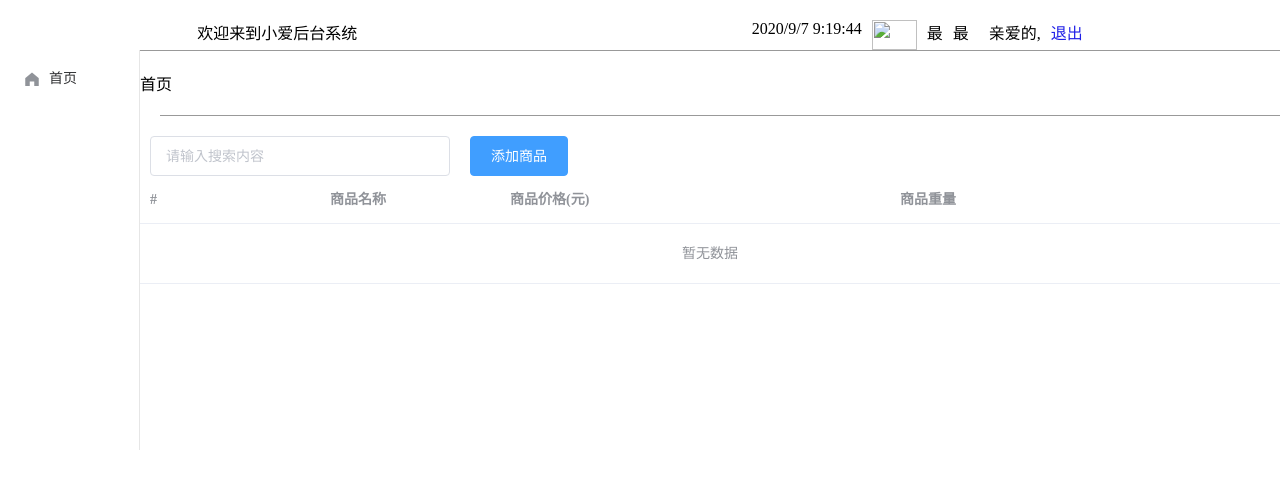
Repository: wujingwenwu/system
Page: /goods/goods
The author's editor kept a copy of each file at every save. The page is drawn from the files as they stood at one save, then again after the next save.
The browser window is 1280 px wide. The pictures show the whole page.
The page's requests for data from a server got no answer. The project was rebuilt for these pictures with package versions that can differ from the ones it lists, and the page was loaded fresh each time. No one was signed in, and anything a server would have sent is missing. Also part of the build but not shown: vue.config.js, src/views/Home.vue.

Above is the page before, as saved 2020-09-07 11:27:22.

### public/index.html
<!DOCTYPE html>
<html lang="en">
  <head>
    <meta charset="utf-8">
    <meta http-equiv="X-UA-Compatible" content="IE=edge">
    <meta name="viewport" content="width=device-width,initial-scale=1.0">
    <link rel="icon" href="<%= BASE_URL %>favicon.ico">
    <title><%= htmlWebpackPlugin.options.title %></title>
  </head>
  <body>
    <noscript>
      <strong>We're sorry but <%= htmlWebpackPlugin.options.title %> doesn't work properly without JavaScript enabled. Please enable it to continue.</strong>
    </noscript>
    <div id="app"></div>
    <!-- built files will be auto injected -->
    <!--[if lte IE 9]>
    <div style='position:absolute; top: 50%; left:50%; margin-top: -50px;margin-left: -400px; align-items: center;justify-content: center;'>
      <div style='width: 800px; height: 100px;text-align: center'>
        <h1>
        您的浏览器版本过低 请下载最新的谷歌浏览器
      </h1>
      <div style='text-align: center;width: 800px'>
        <a href='https://www.chromestatus.com/feature/5636954674692096'>下载谷歌浏览器点此链接</a>
      </div>
      </div>
    </div>
  <![endif]-->
  </body>
</html>

### src/main.js
import Vue from "vue";
import App from "./App.vue";
import router from "./router";
import store from "./store";
import './bus'
import axios from 'axios';
import ElementUI from 'element-ui'
import 'element-ui/lib/theme-chalk/index.css'
import  echarts from 'echarts';
Vue.config.productionTip = false;
Vue.prototype.$axios = axios;
Vue.use(ElementUI)
Vue.prototype.$echarts = echarts;
new Vue({
  router,
  store,
  render: h => h(App)
}).$mount("#app");

### src/App.vue
<template>
  <div id="app">
    <router-view />
  </div>
</template>

<style lang="scss">
@import "../src/style/demo";
* {
  margin: 0;
  padding: 0;
}
</style>

### src/router/index.js
import Vue from "vue";
import VueRouter from "vue-router";
import Home from "../views/Home.vue";
import Public from '../views/publics/Public'
Vue.use(VueRouter);

const routes = [
  {
    path: '/Home',
    redirect: '/'
  },
  {
    path: "/about",
    name: "About",
    // route level code-splitting
    // this generates a separate chunk (about.[hash].js) for this route
    // which is lazy-loaded when the route is visited.
    component: () =>
      import(/* webpackChunkName: "about" */ "../views/About.vue")
  },
  {
    path: "/login",
    name: "Login",
    component: () =>
      import("../views/login/Login"),

  },
  {
    path: "/",
    name: "首页",
    component: Public,
    children: [
      {
        path: "",
        name: "Home",
        component: Home,
        meta: {
          title: "首页",
          icon: 'el-icon-s-home'
        },
      }
    ]
  },
  {
    path: "/users",
    name: "Public",
    component: Public,
    meta: {
      title: "用户管理",
      icon: 'el-icon-user-solid',
    },
    children: [
      {
        path: "users",
        name: "Users",
        component: () => import("../views/users/Users"),
        meta: {
          title: "用户列表",
          icon: 'el-icon-folder-opened',
          path: "/users/users"
        },
      }

    ]
  },
  {
    path: "/rights",
    name: "Public",
    component: Public,
    meta: {
      title: "权限管理",
      icon: 'el-icon-folder'
    },
    children: [
      {
        path: "roles",
        name: "Roles",
        component: () => import("../views/roles/Roles"),
        meta: {
          title: "角色列表",
          icon: 'el-icon-setting',
          path: '/rights/roles'
        },
      },
      {
        path: "rights",
        name: "Roles",
        component: () => import("../views/rights/Rights"),
        meta: {
          title: "权限列表",
          icon: 'el-icon-c-scale-to-original',
          path: '/rights/rights'
        },
      },
    ]
  },
  {
    path: "/goods",
    name: "Public",
    component: Public,
    meta: {
      title: "商品管理",
      icon: 'el-icon-shopping-bag-2'
    },
    children: [
      {
        path: "goods",
        name: "Goods",
        component: () => import("../views/goods/Goods"),
        meta: {
          title: "商品列表",
          icon: 'el-icon-bangzhu',
          path: '/goods/goods'
        },
      },
      {
        path: "params",
        name: "Params",
        component: () => import("../views/params/Params"),
        meta: {
          title: "分类参数",
          icon: 'el-icon-bell',
          path: '/goods/params'
        },
      },
      {
        path: "categories",
        name: "Categories",
        component: () => import("../views/categories/Categories"),
        meta: {
          title: "商品分类",
          icon: 'el-icon-date',
          path: '/goods/categories'
        },
      },
    ]
  },
  {
    path: "/orders",
    name: "Public",
    component: Public,
    meta: {
      title: "订单管理",
      icon: 'el-icon-s-order'
    },
    children: [
      {
        path: "orders",
        name: "Orders",
        component: () => import("../views/orders/Orders"),
        meta: {
          title: "订单列表",
          icon: 'el-icon-folder-add',
          path: '/orders/orders'
        },
      }

    ]
  },
  {
    path: "/reports",
    name: "Public",
    component: Public,
    meta: {
      title: "数据统计",
      icon: 'el-icon-message'
    },
    children: [
      {
        path: "reports",
        name: "Reports",
        component: () => import("../views/reports/Reports"),
        meta: {
          title: "数据报表",
          icon: 'el-icon-position',
          path: '/reports/reports'
        },
      }

    ]
  },
];

const router = new VueRouter({
  mode: "history",
  base: process.env.BASE_URL,
  routes
});

export default router;

### src/store/index.js
import Vue from "vue";
import Vuex from "vuex";
import login from './login/login';
import publics from './publics/publics';
import report from './report/report';
import management  from './management/management';
import jurisdiction from './jurisdiction/jurisdiction';
import goodser from './goodser/goodser'
Vue.use(Vuex);

export default new Vuex.Store({
  state: {},
  mutations: {},
  actions: {},
  modules: {
    login,
    publics,
    report,
    management,
    jurisdiction,
    goodser
  }
});

### src/bus/index.js
import Vue from 'vue'
const bus = new Vue()
Vue.prototype.$bus = bus

### src/style/demo.scss
.d-f{
    display: flex;
    /* 弹性盒模型 */
}
.f-s-12{
    font-size: 12px;
    /* 字体大小为12px */
}
.f-s-14{
    font-size: 14px;
    /* 字体大小为14px */
}
.f-s-16{
    font-size: 16px;
    /* 字体大小为16px */
}
.f-w{
    font-weight: 700;
    /*字体 加粗 */
}
.f-c-ho{
    color: #f00;
    /* 红色 */
}
.f-c-hu{
    color: #ccc;
    /* 灰色 */
}
.f-c-b{
    color: #ffffff;
    /* 白色 */
}
.f-c-he{
    color: #000;
    /* 黑色 */
}
.t-a-l{
    text-align: left;
    /* 文本左对齐 */
}
.t-a-c{
    text-align: center;
    /* 文本居中 */
}
.t-a-r{
    text-align: right;
    /* 文本右对齐 */
}
.t-d-u{
    text-decoration: underline;
    /* 装饰在文本底部 */
}
.t-d-o{
    text-decoration: overline;
    /* 装饰在顶部 */
}
.t-d-l-t{
    text-decoration: line-through;
    /* 装饰在文本中间 */
}
.d-i{
    display: inline;
    /* 块级元素装换成行内元素 */
}
.d-i-b{
    display: inline-block;
    /* 块级元素装换成行内块元素 */
}
.d-b{
    display: block;
    /* 行内和行内块元素装换成块级元素 */
}
.d-n{
    display: none;
    /* 隐藏元素 */
}
.p-r{
    position: relative;
    /* 相对定位 */
}
.p-a{
    position: absolute;
    /* 绝对定位 */
}
.p-f{
    position: fixed;
    /* 固定定位 */
}
.b-r-50{
    border-radius: 50%;
    /* 圆角为50% */
}
.j-c-s-a{
    justify-content: space-around;
   /* 两边的子元素距离父元素的两边有间距，然后中间距离自动等分 */
}
.j-c-s-b{
    justify-content: space-between;
    /* 两边的子元素距离父元素没有间距，然后中间距离自动等分 */

}
.j-c-c{
    justify-content: center;
     /* 所有的子元素相当于父元素水平居中 */
}
.a-i-c{
    align-items: center;
    /* （竖轴排列方式）子元素相当于父元素垂直方向居中 */
}
.f-d-c{
    flex-direction: column;
    /* 弹性盒模型的竖项排列方式 */
}
*{
  margin: 0;
  padding: 0;
  /* 清除游览器的痕迹 */
}
.conter{
    display: flex;
    justify-content: center;
    /* 弹性盒模型，所有的文本在页面的中间 */
}
.warp{
   width: 1280px;
   /* 宽度为1280px，基本上不会超过1400px */
}
.o-h{
    overflow: hidden;
    /* 超出部分隐藏 */
}
.w-o-t{
    white-space: nowrap;
    overflow: hidden;
    text-overflow: ellipsis;
    /* 超出部分隐藏（只限字体） */
}
.d-n{
    display: none;
    /* 不占位置 */
}
.v-h{
    visibility: hidden;
    /* 占位置 */
}
.f-w-w{
    flex-wrap: wrap;
    /* 换行 */
}
.w-s-n{
    white-space: nowrap;
    /* 内容不换行 */
}
.m-t-20{
    margin-top: 20px;
    /* 向下20 */
}
.m-l-20{
    margin-left: 20px;

}
.m-t-10{
    margin-top: 10px;
}
.m-l-10{
    margin-left: 10px;
}
.b-c-hong{
    background-color: red;
}
.b-c-hei{
    background-color: black;
}
.b-c-bai{
    background-color: #ffffff;
}
.b-c-hui{
    background-color: #ccc;
}
.b-1-s-hong{
    border: 1px solid red;
}
.b-1-d-hong{
    border: 1px dashed red;
}
.b-1-s-bai{
    border: 1px solid #ffffff;
}
.b-1-d-bai{
    border: 1px dashed #ffffff;
}
.b-1-s-hei{
    border: 1px solid black;
}
.b-1-d-hei{
    border: 1px dashed black;
}
.b-1-s-hui{
    border: 1px solid #ccc;
}
.b-1-d-hui{
    border: 1px dashed #ccc;
}
.b-l-n{
    border-left: none;
    /* 左边框隐藏 */
}
.b-t-n{
    border-top: none;
}
.b-r-n{
    border-right: none;
}
.b-b-n{
    border-bottom: none;
}
.m-t-15{
    margin-top: 15px;
}
.m-t-30{
    margin-top: 30px;
}
.m-t-5{
    margin-top: 5px;
}
.b-none{
    border: none;
}
.f-s-18{
    font-size: 18px;
}
.m-l--10{
    margin-left: -10px;
}
.m-l-40{
    margin-left: 40px;
}
.m-t-40{
    margin-top: 40px;
}
.o-n{
    outline: none;
    /* 隐藏边框 */
}

### src/views/publics/Public.vue
<template>
<div>
  <div class="d-f publics j-c-s-a m-t-20">
    <div>欢迎来到小爱后台系统</div>
    <div class="d-f">
    <div>  {{ nowDate + ' ' + nowTime + ' ' }}</div>
     <div class="d-f m-l-10">

    <img :src="img" alt="" class="img">
    <div class="m-l-10">{{weather.type}}</div>
    <div>最{{weather.high}}</div>
    <div class="m-l-10">最{{weather.low}}</div>
    <div class="m-l-20">亲爱的,{{user}}</div>
    <div class="m-l-10 color" @click="toOut">退出</div>
    </div>
    </div>
  </div>
  <div class="d-f">
  <el-menu
      :default-active="$route.path"
      class="el-menu-vertical-demo"
      @open="handleOpen"
      @close="handleClose" unique-opened router>
       <el-menu-item index="/">
        <i class="el-icon-s-home"></i>
        <span slot="title">首页</span>
      </el-menu-item>
      <el-submenu :index="item.path" v-for="(item,index) in menus" :key="index" >
        <template slot="title">
         <i :class="item.icon"></i>
         <span>{{item.authName}}</span>
        </template>
        <el-menu-item-group v-for="(item1,index1) in item.children" :key="index1">

          <el-menu-item :index="item1.path"><i :class="item1.icon"></i>{{item1.authName}}</el-menu-item>

        </el-menu-item-group>
      </el-submenu>



    </el-menu>
    <div>
    <div class="show"></div>
    <div class="m-t-20">首页</div>
    <div class="show1 m-t-20"></div>
  <router-view></router-view>
  </div>
  </div>
  </div>
</template>

<script>
import { createNamespacedHelpers } from 'vuex'
const userModule = createNamespacedHelpers('publics')
const { mapState: userState, mapActions: userActions } = userModule
export default {
  name: "",
  props: {},
  data() {
    return {
      nowDate: "", // 当前日期
      nowTime: "", // 当前时间
      hous:'',
      weather:'',
      img:'',
      user:'',
      routes:''
    };
  },
  components: {},
  methods: {
    toOut(){
      this.$router.push('/login')
    },
    handleOpen(){

    },
    handleClose(){
    },
      ...userActions(['getMenus']),
      //获取当前时间
    currentTime() {
            setInterval(this.getDate, 500);
        },
        getDate: function() {
            var _this = this;
            let yy = new Date().getFullYear();
            let mm = new Date().getMonth() + 1;
            let dd = new Date().getDate();
            let hh = new Date().getHours();
            this.hous=new Date().getHours()
            let mf =
                new Date().getMinutes() < 10
                    ? "0" + new Date().getMinutes()
                    : new Date().getMinutes();
               let my =
                new Date().getSeconds() < 10
                    ? "0" + new Date().getSeconds()
                    : new Date().getSeconds();
            _this.nowTime = hh + ":" + mf +":"+ my;
            _this.nowDate = yy + "/" + mm + "/" + dd;
        },

  },
  mounted() {
    console.log(this.$router);
    this.routes=this.$router.options.routes
       this.getMenus()
      this.currentTime();
      //获取天气
     this.$axios
      .get("http://wthrcdn.etouch.cn/weather_mini?city=成都")
      .then((res) =>{
        // console.log(res.data.data);
        this.weather=res.data.data.forecast[0]//获取到当天的天气
        console.log(this.weather);
        if(this.weather.type=='多云'){
            this.img=require("../../image/90XB9(C7P}7EJ59[7O99%K5.png")
        }if(this.weather.type=='晴天'){
          this.img=require("../../image/{}BC(0D8R~BDMVK70GMGXYT.png")
        }if(this.weather.type=='小雨'){
          this.img=require("../../image/`1L(N@R7EQZ_8M3(AY`~O~C.png")
        }

      })
      .catch((err) =>{
        console.log(err);
      });
    this.user=localStorage.getItem('user')
  },
   // 销毁定时器
    beforeDestroy: function() {
        if (this.getDate) {
            console.log("销毁定时器")
            clearInterval(this.getDate); // 在Vue实例销毁前，清除时间定时器
        }
    },
  watch: {},
  computed: {
     ...userState(['menus'])
  }
};
</script>

<style scoped lang='scss'>
.img{
    width: 45px;
    height: 30px;
}
.color{
    color: rgb(31, 31, 231);
    cursor: pointer;
}
.el-menu-vertical-demo:not(.el-menu--collapse) {
    width: 200px;
    min-height: 400px;
  }
  .show{
    width: 1140px;
   height: 1px;
   background: #999;

  }
  .show1{
     width: 1120px;
   height: 1px;
   background: #999;
   margin-left: 20px;
  }
</style>

### src/views/goods/Goods.vue
<template>
<!--商品列表-->
 <div>
 <div class="d-f m-t-20">
 <el-input
  placeholder="请输入搜索内容" class="input m-l-10"
  v-model="input"
  clearable>
</el-input>
<div class="m-l-20">
<el-button type="primary">添加商品</el-button>
</div>
 </div>
   <el-table
      :data="goodser"
      style="width: 100%">
      <el-table-column
        type="index"
        :index="indexMethod"
        label="#"
        width="180">
      </el-table-column>
      <el-table-column
        prop="goods_name"
        label="商品名称"
        width="180">
      </el-table-column>
      <el-table-column
        prop="goods_price"
        label="商品价格(元)">
      </el-table-column>
       <el-table-column
        prop="goods_weight"
        label="商品重量">
      </el-table-column>
    </el-table>
 </div>
</template>

<script>
import { createNamespacedHelpers } from "vuex";
const userModule = createNamespacedHelpers("goodser");
const { mapState, mapActions } = userModule;
 export default {
   name:'',
   props:{

    },
   data () {
     return {
     query:'',
     pagenum:'1',
     pagesize:'10',
     input: '',
   }
   },
   components: {

   },
   methods: {
 ...mapActions(["getGoodser"]),
 //获取下标
    indexMethod(index) {
      return index * 1 + 1;
    },
   },
   mounted() {
    this.getGoodser({
     query:this.query,
      pagenum:this.pagenum,
      pagesize:this.pagesize
    })
   },
   watch: {

   },
   computed: {
    ...mapState(["goodser"])
   }
 }
</script>

<style scoped lang='scss'>
.input{
  width: 300px;
}
</style>

### src/store/login/login.js
import api from '../../components/http/api';
import router from '../../router';
import {Message} from 'element-ui';

export default {
  // 开启命名空间 这个文件就是单独的一个vuex的模块
  namespaced: true,
  state: {
    menus: []
  },
  mutations: {
    setMenus(state, data) {
      state.menus = data
    }
  },
  actions: {
    // 所有的请求都写在actions里面
    // action里面的方法可以传两个参数 第一个参数是整个store(vuex对象) 第二个参数是请求的参数

    async login( {commit},{username, password}) {
      console.log(commit);
      let res = await api.login({
        username,
        password
      })
      if (res.meta.status === 200) {
        // 存储信息
        localStorage.setItem('adminToken', res.data.token)
        localStorage.setItem('adminUser', JSON.stringify(res.data))
        localStorage.setItem('user',username)
        // 跳转路由
        router.push('/')
        // 提示用户
        Message.success('登录成功')
      } else {
        Message.error(res.meta.msg)
      }
    }
    // getMenus() {
    //   api.getMenus().then().catch()
    // }
  },
}

### src/store/report/report.js
import api from '../../components/http/api';
// import router from '../../router';
// import {Message} from 'element-ui';

export default {
  // 开启命名空间 这个文件就是单独的一个vuex的模块
  namespaced: true,
  state: {
   data:[],
   legend:[],
   xAxis:[]
  },
  mutations: {
    setData(state, data) {
      state.data = data
    },
    setLegend(state, data) {
        state.legend = data
      },
      setXAxis(state, data) {
        state.xAxis = data
      }
  },
  actions: {
    // 所有的请求都写在actions里面
    // action里面的方法可以传两个参数 第一个参数是整个store(vuex对象) 第二个参数是请求的参数

    async getReports( {commit}) {
      console.log(commit);
      let res = await api.getReports({

      })
      if (res.meta.status === 200) {
          this.data = res.data.series
          commit('setData', res.data.series)
          commit('setXAxis', res.data.xAxis[0].data)
          commit('setLegend', res.data.legend.data)
        console.log(res.data);
      }
    }

  },
}

### src/store/management/management.js
import api from '../../components/http/api';
import Vue from 'vue';
import dayjs from 'dayjs';
// import router from '../../router';
// import {Message} from 'element-ui';

export default {
  // 开启命名空间 这个文件就是单独的一个vuex的模块
  namespaced: true,
  state: {
    orderss:[],
    logistics:[]
  },
  mutations: {
    setOrderss(state, data) {
        state.orderss = data
    },
    setLogistics(state, data) {
      state.logistics = data
  },
  },
  actions: {
    // 所有的请求都写在actions里面
    // action里面的方法可以传两个参数 第一个参数是整个store(vuex对象) 第二个参数是请求的参数

    async getOrderss({ commit }, {query,pagenum,pagesize,user_id,pay_status,is_send,order_fapiao_title,order_fapiao_company,order_fapiao_content,consignee_addr}) {

      let res = await api.getOrderss({
        query,pagenum,pagesize,user_id,pay_status,is_send,order_fapiao_title,order_fapiao_company,order_fapiao_content,consignee_addr
      })
      if (res.meta.status === 200) {
        // 存储信息
        commit('setOrderss', res.data.goods)
       console.log(res.data);
      }
      res.data.goods.map(item=>{
        if(item.pay_status==='0'){
          Vue.set(item,'pay_statuss','未付款')
        }else{
          Vue.set(item,'pay_statuss','已付款')
        };
        item.create_time= dayjs(item.create_time).format('YYYY-MM-DD HH-mm-ss')
      })
    },

    async getLogistics({ commit }, {id}) {

      let res = await api.getLogistics({
        id
      })
      if (res.meta.status === 200) {
        // 存储信息
        commit('setLogistics', res.data)
        console.log(commit);
       console.log(res);
      }
    }
  },
}

### src/store/jurisdiction/jurisdiction.js
import api from '../../components/http/api';
import Vue from 'vue'
// import router from '../../router';
import {Message} from 'element-ui';

export default {
  // 开启命名空间 这个文件就是单独的一个vuex的模块
  namespaced: true,
  state: {
    power: [],
    roles:[],
    rights:[]
  },
  mutations: {
    setPower(state, data) {
      state.power = data
    },
    getRoles(state, data) {
      state.roles = data
    },
    setRights(state, data) {
      state.rights = data
    },
  },
  actions: {
    // 所有的请求都写在actions里面
    // action里面的方法可以传两个参数 第一个参数是整个store(vuex对象) 第二个参数是请求的参数
    async getPower( {commit},{type}) {
      console.log(commit);
      let res = await api.getPower({
        type
      })
      if (res.meta.status === 200) {
        commit('setPower', res.data)
       console.log(res.data);
      }
      res.data.map(item=>{
          if(item.level==='0'){
            Vue.set(item, 'levels','一级')
          }if(item.level==='1'){
            Vue.set(item, 'levels','二级')
          }if(item.level==='2'){
            Vue.set(item, 'levels','三级')
          }
      })
    },
    //角色列表
    async getRoles( {commit}) {
      console.log(commit);
      let res = await api.getRoles({

      }
      )
      console.log(res);
      if (res.meta.status === 200) {
        commit('getRoles', res.data)
       console.log(res);
      }
    },
    //添加角色
    async postAddrole( {dispatch},{roleName,roleDesc}) {
      let res = await api.postAddrole({
        roleName,roleDesc
      }
      )
      if (res.meta.status === 201) {
        dispatch('getRoles',
        )
        Message.success('添加用户成功')
       console.log(res);
      }
    },
    async deleteRole( {dispatch},{id}) {
      let res = await api.deleteRole({
        id
      }
      )
      if (res.meta.status === 200) {
        dispatch('getRoles',
        )
        Message.success('删除用户成功')
       console.log(res);
      }
    },
    async editRole( {dispatch},{id,roleName,roleDesc}) {
      let res = await api.editRole({
        id,roleName,roleDesc
      }
      )
      if (res.meta.status === 200) {
        dispatch('getRoles',
        )
        Message.success('修改用户成功')
       console.log(res);
      }
    },
    //获取权限管理
    async getRights( {commit},{type}) {
      let res = await api.getRights({
        type
      }
      )
      console.log(res);
      if (res.meta.status === 200) {
        commit('setRights', res.data)

      }
    },
    async setRoles( {commit},{roleId,rids}) {
      console.log(commit);
      let res = await api.setRoles({
        roleId, rids
      }
      )
      if (res.meta.status === 200) {
        console.log(res);
        Message.success('修改权限成功')
      }
    },
  },
}

### src/store/goodser/goodser.js
import api from '../../components/http/api';
import dayjs from 'dayjs'
// import Vue from 'vue'
// import router from '../../router';
// import {Message} from 'element-ui';

export default {
  // 开启命名空间 这个文件就是单独的一个vuex的模块
  namespaced: true,
  state: {
    goodser:[]
  },
  mutations: {
    setGoodser(state, data) {
        state.goodser = data
      },
  },
  actions: {
    // 所有的请求都写在actions里面
    // action里面的方法可以传两个参数 第一个参数是整个store(vuex对象) 第二个参数是请求的参数
    async getGoodser( {commit},{query,pagenum,pagesize}) {
      console.log(commit);
      let res = await api.getGoodser({
        query,pagenum,pagesize
      })
      console.log(res);
      if (res.meta.status === 200) {
        commit('setGoodser', res.data.goods)
      };
      res.data.goods.map(item=>{
          item.add_time=dayjs(item.add_time).format('YYYY-MM-DD HH-mm-ss')
      })

    },






  },
}

### src/components/http/api.js
import service from './index';
import qs from 'qs'

export default {
  login({username, password}) {
    return service.post('/login', {
      username,
      password
    })
  },
  getMenus() {
    return service.get('menus')
  },
  getUserList({pagenum,pagesize,query}) {
    return service.get(`users?pagenum=${pagenum}&pagesize=${pagesize}&query=${query}`)
  },
  getState({uId,type}) {
    return service.put(`users/${uId}/state/${type}`)
  },
  getParty({username,password,email,mobile}) {
    return service.post(`users`,
    {username,password,email,mobile}
    )
  },
  //删除
  getDelete({id}) {
    return service.delete(`users/${id}`,
    )
  },
  //修改用户
  getAmend({id,email,mobile}) {
    return service.put(`users/${id}`,{email,mobile}
    )
  },
   //基于时间统计的折线图
   getReports() {
    return service.get(`reports/type/1/`)
  },
  //订单数据列表
  // query,user_id,pay_status,is_send,order_fapiao_title,order_fapiao_company,order_fapiao_content,consignee_addr
  getOrderss({pagenum,pagesize}) {
    return service.get(`orders?pagenum=${pagenum}&pagesize=${pagesize}`)
  },
    getPower({type}) {
      return service.get(`rights/${type}`)
    },
    //查看物流信息
    getLogistics({id}) {
      return service.get(`kuaidi/${id}`)
    },
    //角色列表
    getRoles() {
      return service.get(`roles`)
    },
    //添加角色
    postAddrole({roleName,roleDesc}) {
      return service.post(`roles`,{roleName,roleDesc})
    },
     //删除角色
     deleteRole({id}) {
      return service.delete(`roles/${id}`)
    },
     //编辑角色
     editRole({id,roleName,roleDesc}) {
      return service.put(`roles/${id}`,{roleName,roleDesc})
    },
    //分配权限
    setRoles({ roleId, rids }) {
      return service.post(`roles/${roleId}/rights`, qs.stringify({ rids }), {
        headers: { 'Content-Type': 'application/x-www-form-urlencoded' },
      });
    },
       // 权限管理
       getRights({type}) {
        return service.get(`rights/${type}`)
      },
        // 商品列表数据
        getGoodser({query,pagenum,pagesize}) {
          return service.get(`goods?query=${query}&pagenum=${pagenum}&pagesize=${pagesize}`)
        },
}

### src/components/http/index.js
import axios from 'axios'
import nprogress from 'nprogress'
import {Message} from 'element-ui'

// 运行环境: 本地环境:devlpment 和线上(生产)环境: production
const isPro = process.env.NODE_ENV === 'production'

// 创建一个axios的实例
const service = axios.create({
  // 基础路径: 需要根据当前的运行环境来判断
  baseURL: isPro ? '线上的接口路径' : '/api',
  // 超时时间
  timeout: 100000
})


// 请求拦截: 每一次发请求都会做的事情
service.interceptors.request.use((config) => {
  nprogress.start()
  // 前后端鉴权
  // jwt: JSON WEB TOKEN
  // 登录成功之后 后端会返回一个令牌
  let token = localStorage.getItem('adminToken')
  if (token) {
    // 需要在请求头当中添加token
    config.headers['Authorization'] = token
  }
  return config
}, err => {
  nprogress.done()
  return Promise.reject(err)
})


// 响应拦截: 每一次接口返回数据的时候都会做的事情
service.interceptors.response.use((res) => {
  nprogress.done()
  return res.data
}, err => {
  if (err.response && err.response.status) {
    // 错误请求的状态码
    let status = err.response.status
    if (status === 400) {
      Message.error('参数错误')
    }
    if (status === 401) {
      Message.error('登录过期,请重新登录')
    }
    if (status === 403) {
      Message.error('没有权限')
    }
    if (status === 404) {
      Message.error('接口路径错误')
    }
    if (status === 500) {
      Message.error('服务器出错')
    }
    if (status === 503) {
      Message.error('服务器在维护')
    }
  }
  return Promise.reject(err)
})


export default service

Loaded but not shown: src/store/publics/publics.js (148 lines, source omitted)

After the next save:
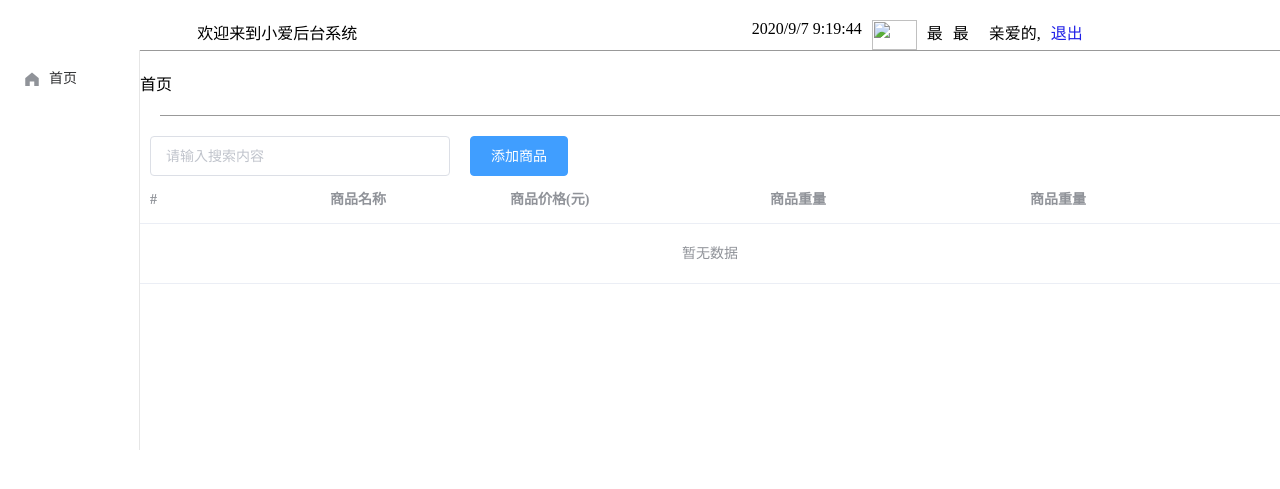
Saved 28 s later.
--- a/src/views/goods/Goods.vue
+++ b/src/views/goods/Goods.vue
@@ -28,6 +28,10 @@
       <el-table-column
         prop="goods_price"
         label="商品价格(元)">
+      </el-table-column>
+       <el-table-column
+        prop="goods_weight"
+        label="商品重量">
       </el-table-column>
        <el-table-column
         prop="goods_weight"
